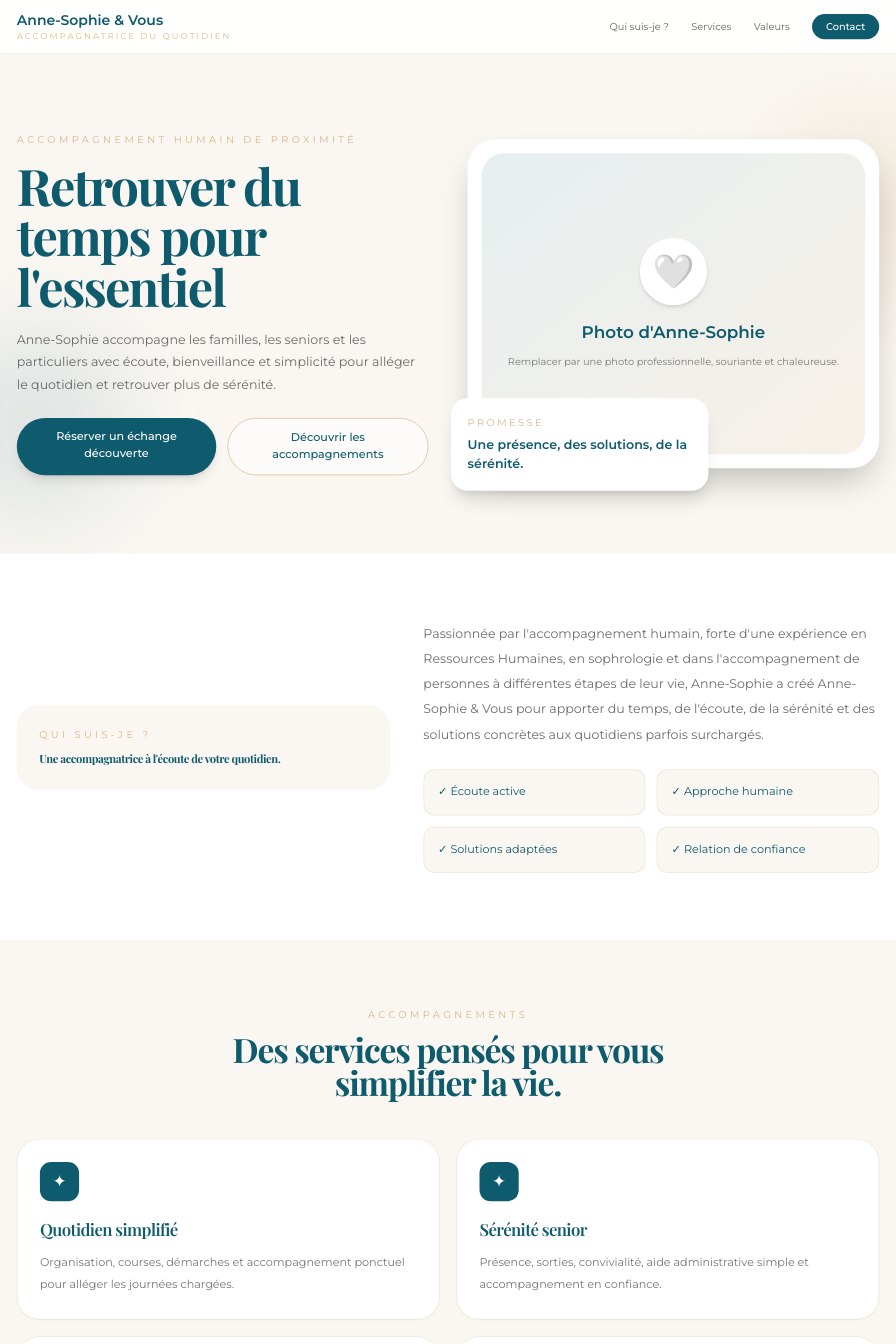
Repository: Virginie17/anne-sophie-et-vous
Page: /
An editor plug-in stored every save of this project. The page is shown before and after a run of saves, followed by the edit.
The browser window is 1280 px wide. The pictures show the part of the page from y = 0 to 1920 px (the page is 3920 px tall before and 3948 px after), at 70% of full size.
Some web fonts or font styles are not loaded; a fallback is used. The project was rebuilt for these pictures with package versions that can differ from the ones it lists, and the page was loaded fresh each time. The framework's server and built-in components were replaced by stand-ins that run in the browser. Also part of the build but not shown: next.config.js, next.config.mjs.

Above is the page before, as saved 2026-06-05 10:31:06.

After the next 2 saves:
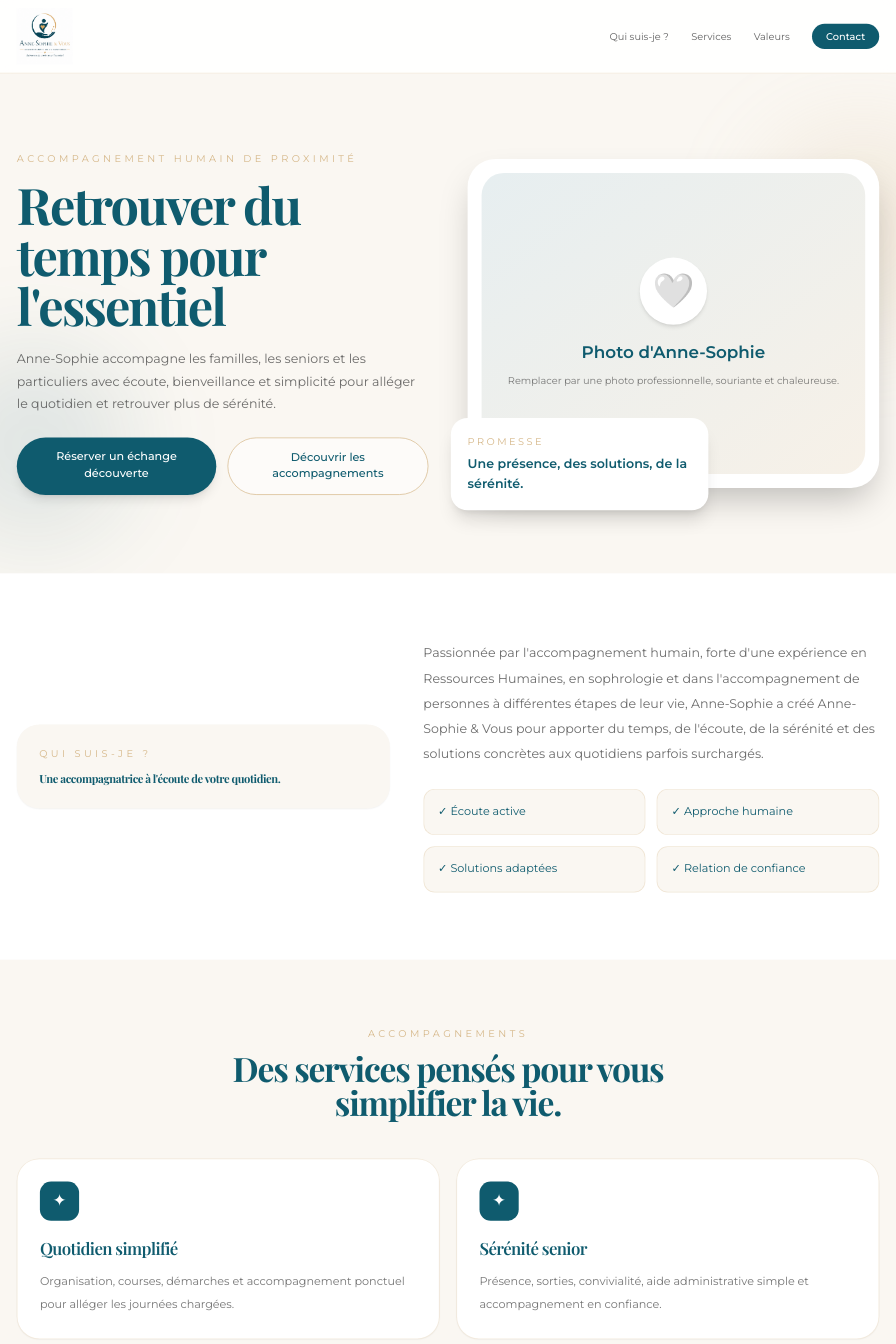
The 2 saves are shown as one change because they came seconds apart.
The last was saved 5 min 20 s later.
--- a/components/Header.tsx
+++ b/components/Header.tsx
@@ -1,15 +1,18 @@
+import Image from "next/image";
+
 export default function Header() {
   return (
     <header className="sticky top-0 z-50 border-b border-[#D6B88A]/30 bg-white/90 backdrop-blur">
-      <div className="mx-auto flex max-w-7xl items-center justify-between px-6 py-4">
-        <div>
-          <p className="text-xl font-semibold text-[#0F5B6E]">
-            Anne-Sophie & Vous
-          </p>
-          <p className="text-xs uppercase tracking-[0.25em] text-[#D6B88A]">
-            Accompagnatrice du Quotidien
-          </p>
-        </div>
+      <div className="mx-auto flex max-w-7xl items-center justify-between px-6 py-3">
+        <a href="#" className="relative h-20 w-56">
+          <Image
+            src="/logo-anne-sophie.png"
+            alt="Logo Anne-Sophie & Vous"
+            fill
+            priority
+            className="object-contain object-left"
+          />
+        </a>
 
         <nav className="hidden items-center gap-8 text-sm text-[#3C3C3C]/80 md:flex">
           <a href="#about" className="hover:text-[#0F5B6E]">
